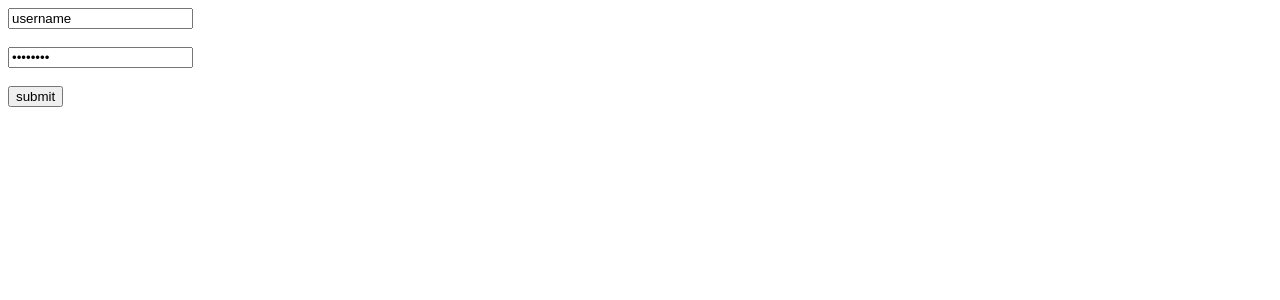
Repository: yashikagoyal98/springrepo
Page: http://localhost/LoginSpringApp/login.jsp
These files come from the project's save history. The page is drawn as it stood at one moment and after the next save; the edit follows.
The browser window is 1280 px wide. The pictures show the whole page.
The page is served by Tomcat 9.

Above is the page before, as saved 2019-07-31 11:46:48.

After the next save:
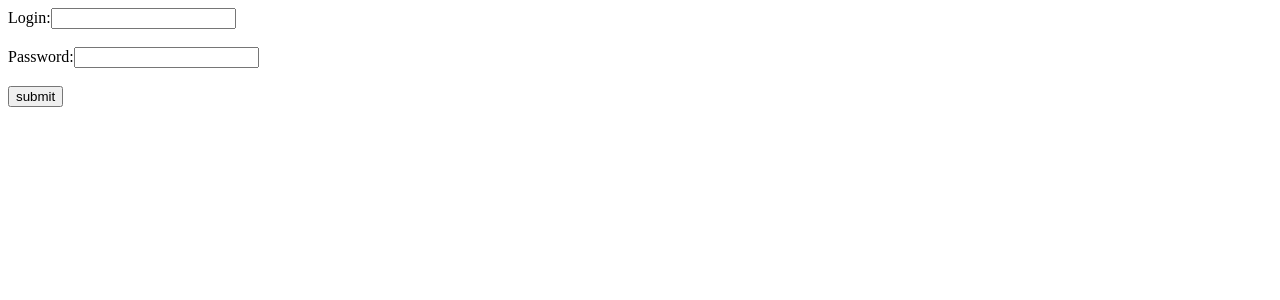
Saved 59 s later.
--- a/LoginSpringApp/WebContent/login.jsp
+++ b/LoginSpringApp/WebContent/login.jsp
@@ -8,10 +8,10 @@
 </head>
 <body>
  <form id = "myform"  >
-        <input type ="username" name="login" value="username">
+Login:<input type ="username" name="login">
         <br>
         <br>
-        <input type="password" name="password" value="password">
+Password:<input type="password" name="password">
         <br>
         <br>
         <input type="submit" value="submit" value = 'Submit'>
